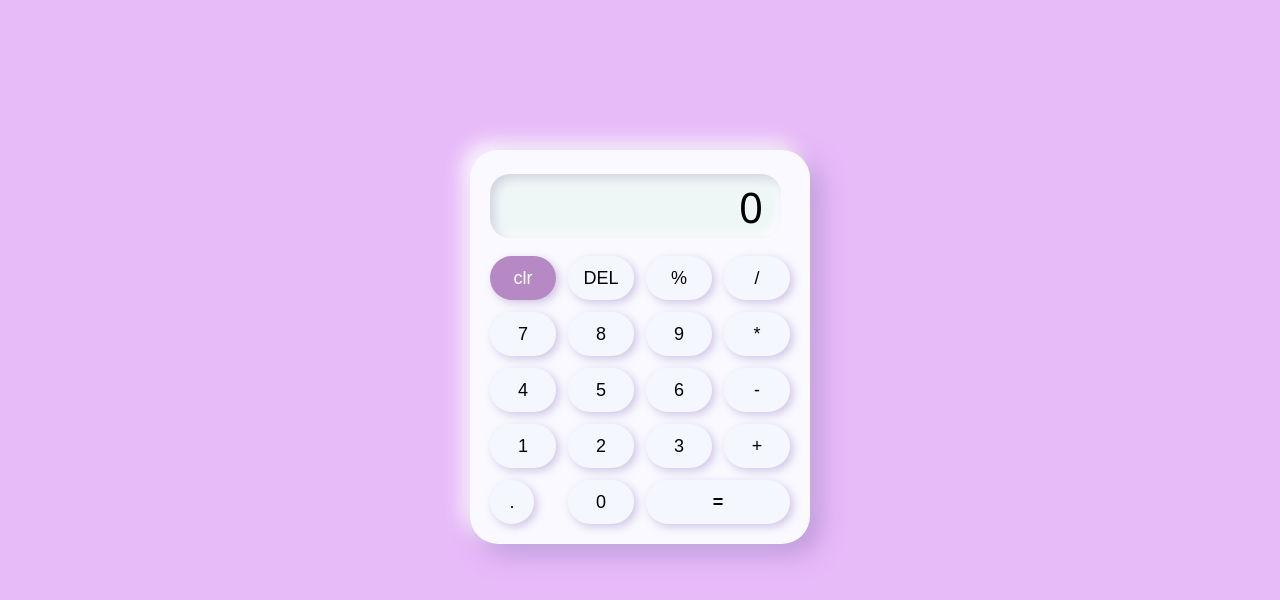
Repository: meti-guda/simple-calculator
Page: index.html
The author's editor kept a copy of each file at every save. The page is drawn from the files as they stood at one save, then again after the next save.
The browser window is 1280 px wide. The pictures show the whole page.
The pointer rests on the first visible `button`.

Above is the page before, as saved 2025-12-11 12:53:17.

### index.html
<!DOCTYPE html>
<html lang="en">
  <head>
    <meta charset="UTF-8" />
    <title>Simple Calculator</title>
    <link rel="stylesheet" href="style.css" />
  </head>
  <body>
    <div class="contianer">
      <div class="calculator">
        <div class="display">
          <div class="expression" id="expression">0</div>
        </div>

        <div class="values">
          <button data-action="clear">clr</button>
          <button data-action="del">DEL</button>
          <button data-value="%">%</button>
          <button data-value="/">/</button>

          <button data-value="7">7</button>
          <button data-value="8">8</button>
          <button data-value="9">9</button>
          <button data-value="*">*</button>

          <button data-value="4">4</button>
          <button data-value="5">5</button>
          <button data-value="6">6</button>
          <button data-value="-">-</button>

          <button data-value="1">1</button>
          <button data-value="2">2</button>
          <button data-value="3">3</button>
          <button data-value="+">+</button>

          <button class="dot" data-value=".">.</button>
          <button data-value="0">0</button>
          <button class="equal" data-action="equals">=</button>
        </div>
      </div>
    </div>

    <script src="index.js"></script>
  </body>
</html>

### style.css
body {
  display: flex;
  align-items: center;
  justify-content: center;
  background-color: #e7baf8;
  font-family: "Segoe UI", system-ui, sans-serif;
  box-sizing: border-box;
  margin-top: 150px;
  padding: 0;
}

.container {
  padding: 16px;
}

.calculator {
  width: 300px;
  padding: 24px 20px 20px;
  border-radius: 28px;
  background-color: #f9f9ff;
  box-shadow: 10px 10px 25px rgba(150, 121, 189, 0.5),
    -8px -8px 20px rgba(255, 255, 255, 0.95);
}

.display {
  width: 85%;
  height: 64px;
  border-radius: 20px;
  background-color: #eef6f6;
  box-shadow: inset 4px 4px 10px rgba(161, 161, 190, 0.4),
    inset -4px -4px 10px rgba(255, 255, 255, 0.9);
  display: flex;
  align-items: center;
  justify-content: flex-end;
  padding: 0 18px;
  margin-bottom: 18px;
  overflow: hidden;
}

.expression {
  font-size: 42px;
  color: #000;
  white-space: nowrap;
}

.values {
  display: grid;
  grid-template-columns: repeat(4, 1fr);
  grid-gap: 12px;
}

.values button {
  border: none;
  outline: none;
  height: 44px;
  border-radius: 999px;
  background-color: #f5f7ff;
  box-shadow: 3px 3px 8px rgba(150, 121, 189, 0.4);
  color: #000;
  font-size: 18px;
  cursor: pointer;
  transition: transform 0.08s ease, box-shadow 0.08s ease, background 0.1s;
}

.values button:active {
  transform: translateY(1px);
  box-shadow: inset 2px 2px 5px rgba(150, 121, 189, 0.4);
}

button:hover {
  background-color: #b789c4;
  color: white;
}

.dot {
  justify-self: flex-start;
  width: 44px;
}

.equal {
  grid-column: span 2;
  background-color: #d87bb4;
  color: #ffffff;
  font-weight: 600;
  box-shadow: 3px 3px 8px rgba(160, 100, 150, 0.5);
}

.equal:active {
  box-shadow: inset 2px 2px 5px rgba(160, 100, 150, 0.5);
}

@media (max-width: 400px) {
  .calculator {
    width: 90%;
  }
}

### index.js
class Calculator {
  constructor() {
    this.displayValue = "0";
    this.previousValue = null;
    this.operation = null;
    this.shouldResetDisplay = false;

    // your display div has class="expression"
    this.displayElement = document.querySelector(".expression");

    this.setupEventListeners();
    this.updateDisplay();
  }

  setupEventListeners() {
    // number buttons: have data-value with 0–9 but NO data-action
    document.querySelectorAll(".values button").forEach((btn) => {
      const action = btn.dataset.action;
      const value = btn.dataset.value;

      if (!action && value !== undefined) {
        // treat as number or dot key
        if (value === ".") {
          btn.addEventListener("click", () => this.handleDecimal());
        } else {
          btn.addEventListener("click", () => this.handleNumber(value));
        }
      } else if (action) {
        // action keys
        if (action === "equals") {
          btn.addEventListener("click", () => this.handleEquals());
        } else if (action === "clear") {
          btn.addEventListener("click", () => this.handleClear());
        } else if (action === "del") {
          btn.addEventListener("click", () => this.handleDelete());
        }
      }

      // operator keys have data-value of + - * / %
      if (["+", "-", "*", "/", "%"].includes(value)) {
        btn.addEventListener("click", () => this.handleOperator(value));
      }
    });

    // keyboard support
    document.addEventListener("keydown", (e) => this.handleKeyboard(e));
  }

  handleNumber(num) {
    if (this.shouldResetDisplay) {
      this.displayValue = num;
      this.shouldResetDisplay = false;
    } else {
      this.displayValue =
        this.displayValue === "0" ? num : this.displayValue + num;
    }
    this.updateDisplay();
  }

  handleDecimal() {
    if (this.shouldResetDisplay) {
      this.displayValue = "0.";
      this.shouldResetDisplay = false;
    } else if (!this.displayValue.includes(".")) {
      this.displayValue += ".";
    }
    this.updateDisplay();
  }

  handleOperator(op) {
    const current = parseFloat(this.displayValue);

    if (this.previousValue === null) {
      this.previousValue = current;
    } else if (this.operation) {
      const result = this.calculate(
        this.previousValue,
        current,
        this.operation
      );
      this.displayValue = this.formatResult(result);
      this.previousValue = result;
      this.updateDisplay();
    }

    this.operation = op;
    this.shouldResetDisplay = true;
  }

  handleEquals() {
    if (this.operation === null || this.previousValue === null) {
      return;
    }

    const current = parseFloat(this.displayValue);
    const result = this.calculate(this.previousValue, current, this.operation);
    this.displayValue = this.formatResult(result);
    this.previousValue = null;
    this.operation = null;
    this.shouldResetDisplay = true;
    this.updateDisplay();
  }

  handleClear() {
    this.displayValue = "0";
    this.previousValue = null;
    this.operation = null;
    this.shouldResetDisplay = false;
    this.updateDisplay();
  }

  handleDelete() {
    if (this.displayValue === "0" || this.shouldResetDisplay) {
      return;
    }
    this.displayValue = this.displayValue.slice(0, -1) || "0";
    this.updateDisplay();
  }

  calculate(prev, current, op) {
    switch (op) {
      case "+":
        return prev + current;
      case "-":
        return prev - current;
      case "*":
        return prev * current;
      case "/":
        return current !== 0 ? prev / current : 0;
      case "%":
        return prev % current;
      default:
        return current;
    }
  }

  formatResult(num) {
    return parseFloat(num.toFixed(10)).toString();
  }

  handleKeyboard(e) {
    if (e.key >= "0" && e.key <= "9") this.handleNumber(e.key);
    if (e.key === ".") this.handleDecimal();
    if (["+", "-", "*", "/", "%"].includes(e.key)) {
      e.preventDefault();
      this.handleOperator(e.key);
    }
    if (e.key === "Enter" || e.key === "=") {
      e.preventDefault();
      this.handleEquals();
    }
    if (e.key === "Backspace") {
      e.preventDefault();
      this.handleDelete();
    }
    if (e.key === "Escape") {
      e.preventDefault();
      this.handleClear();
    }
  }

  updateDisplay() {
    this.displayElement.textContent = this.displayValue;
  }
}

// create calculator once DOM is loaded
document.addEventListener("DOMContentLoaded", () => {
  new Calculator();
});

After the next save:
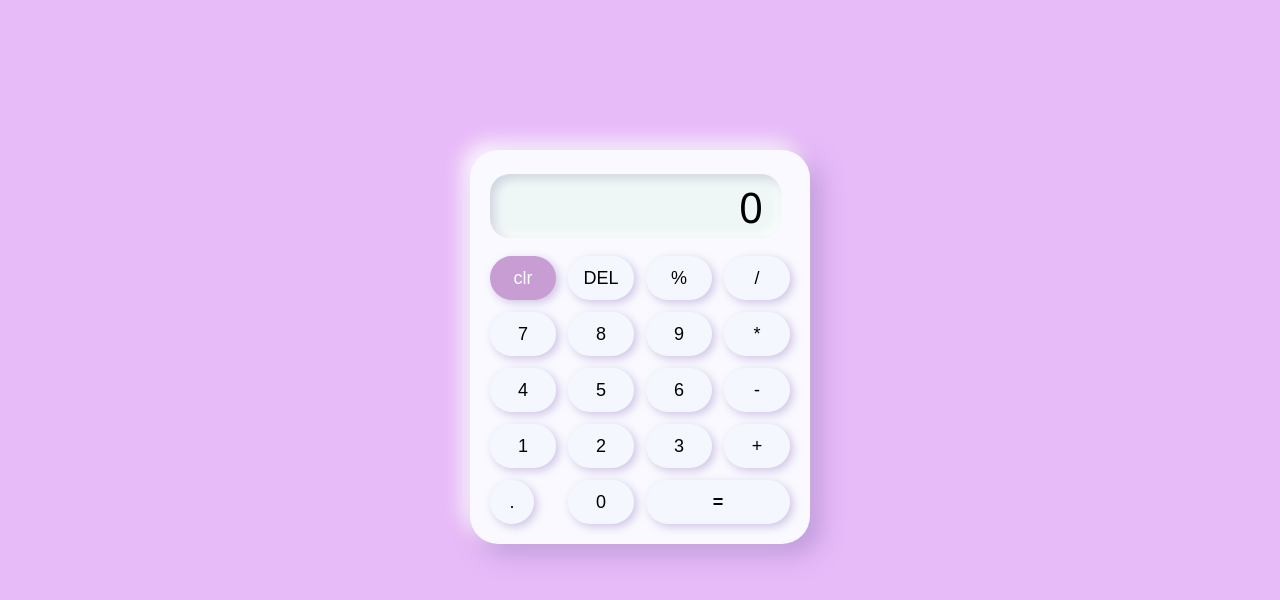
Saved 19 s later.
--- a/style.css
+++ b/style.css
@@ -68,7 +68,7 @@ body {
 }
 
 button:hover {
-  background-color: #b789c4;
+  background-color: #c79dd3;
   color: white;
 }
 
